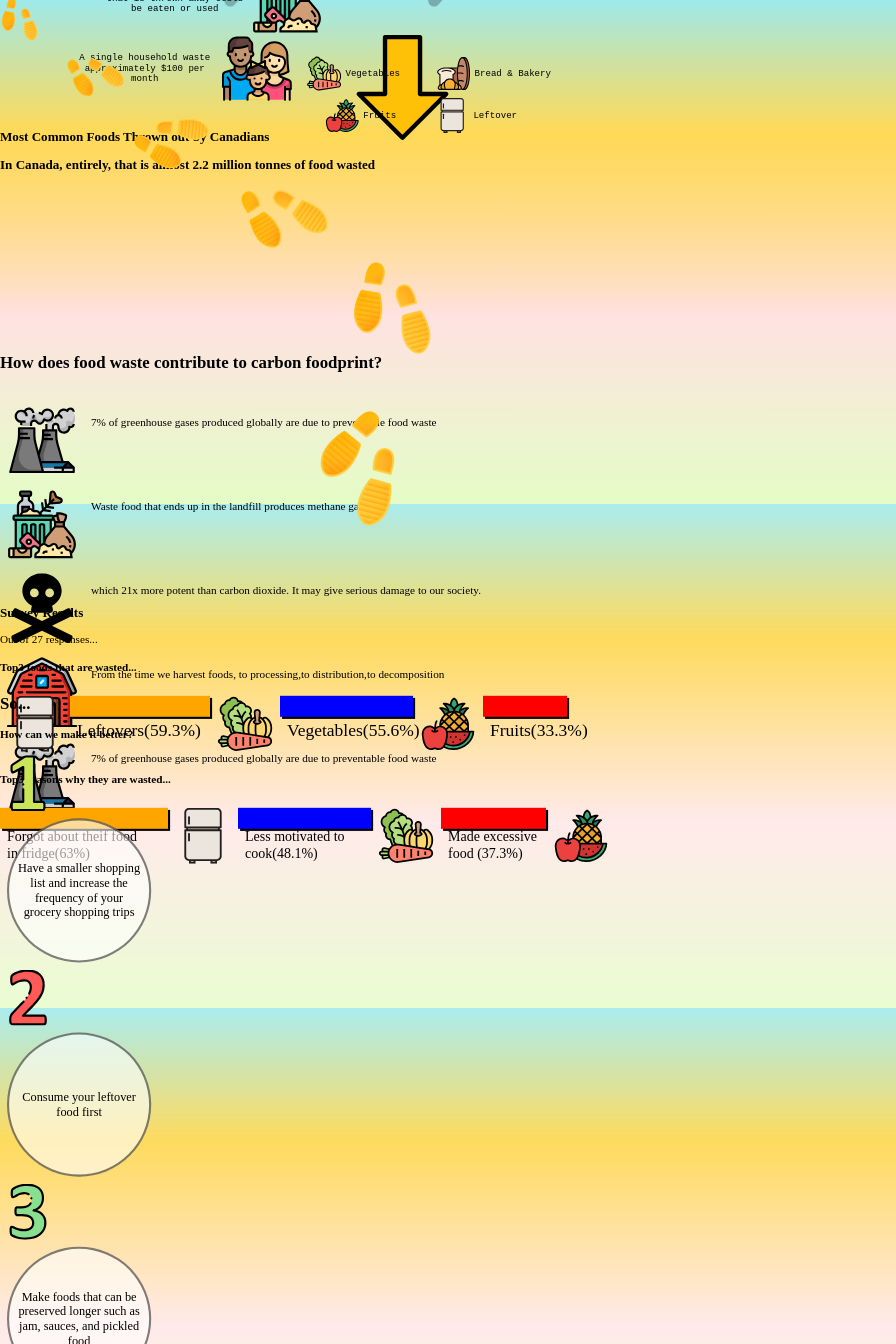
Repository: iorid3/Midterm
Page: index.html
These files come from the project's save history. The page is drawn as it stood at one moment and after the next save; the edit follows.
The browser window is 1280 px wide. The pictures show the part of the page from y = 0 to 1920 px (the page is 2758 px tall before and 2958 px after), at 70% of full size.

Above is the page before, as saved 2021-03-09 11:39:47.

After the next save:
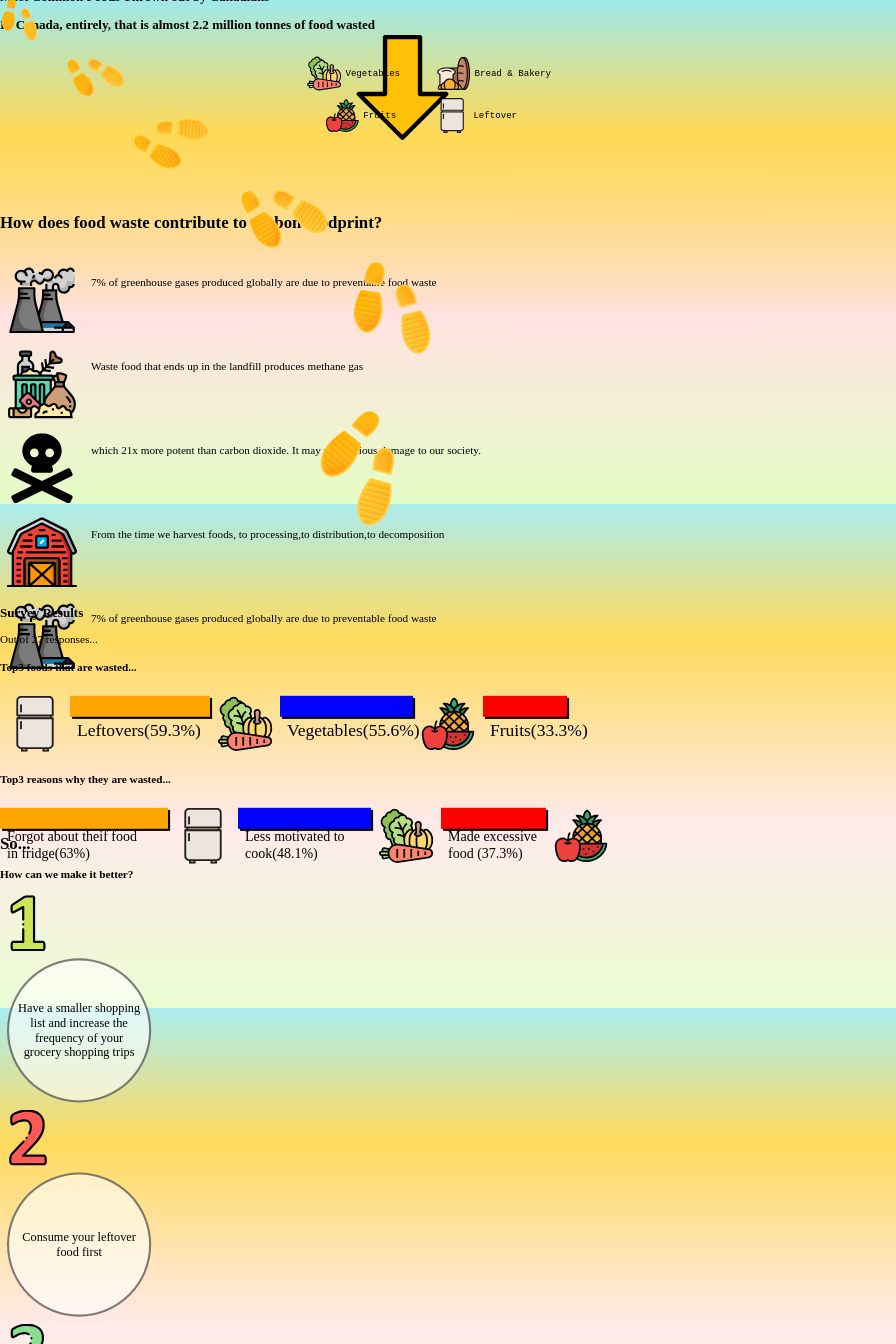
Saved 8 s later.
--- a/index.css
+++ b/index.css
@@ -36,6 +36,7 @@ html,body{
     flex-direction: column;
     width:100%;
     height:20%;
+    margin:200px;
 }
 
 
